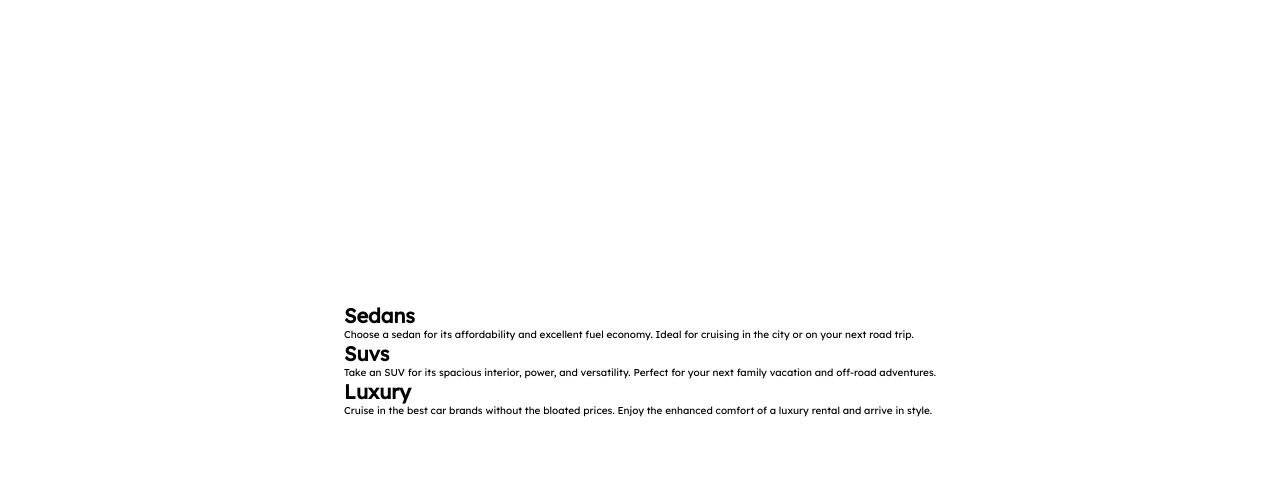
Repository: thaibaocoder1/3-column-card
Page: index.html
These files come from the project's save history. The page is drawn as it stood at one moment and after the next save; the edit follows.
The browser window is 1280 px wide. The pictures show the whole page.

Above is the page before, as saved 2023-01-11 20:44:01.

After the next save:
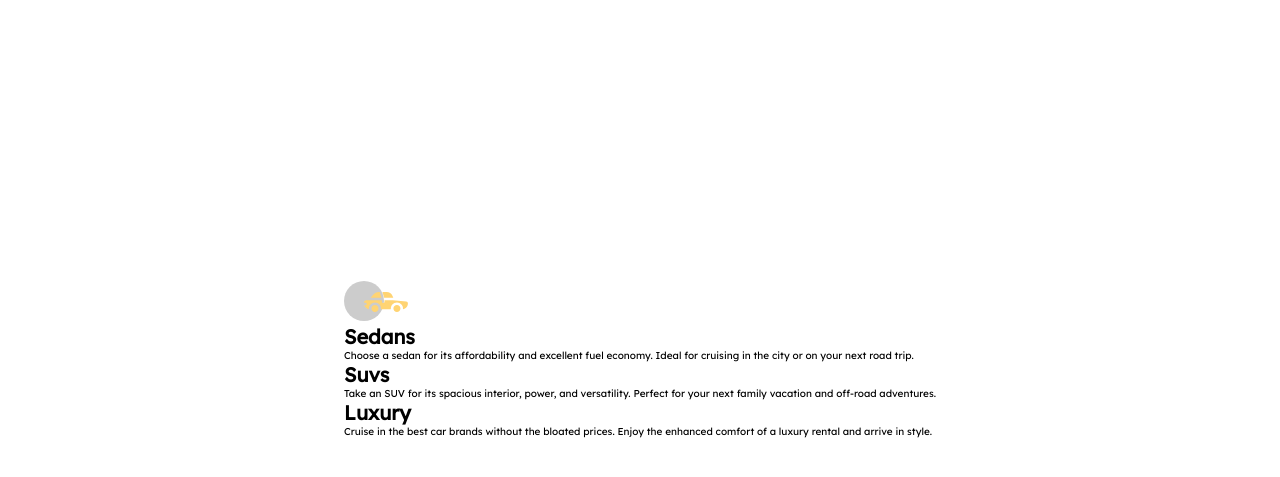
Saved 33 s later.
--- a/index.html
+++ b/index.html
@@ -14,7 +14,7 @@
 
   <main class="container">
     <div class="container__box">
-
+      <img src="./images/icon-sedans.svg" alt="" class="container--image">
       <h1 class="container--heading">Sedans</h1>
       Choose a sedan for its affordability and excellent fuel economy. Ideal for cruising in the city
       or on your next road trip.
